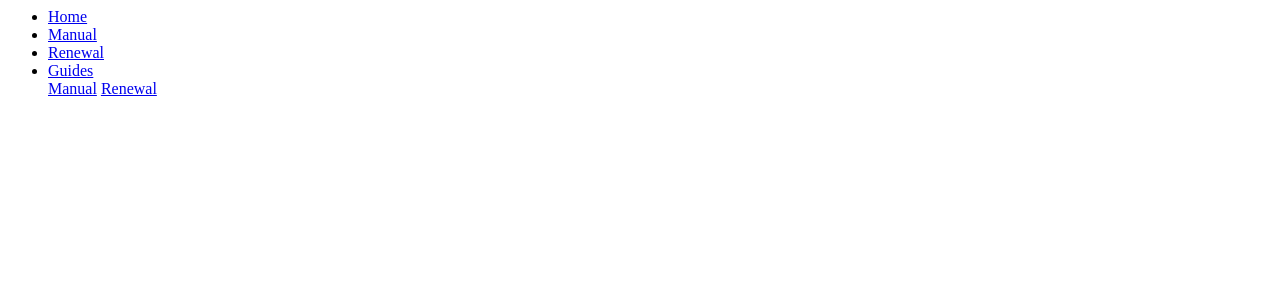
Repository: muesinga/ticketoffice-dot-info
Page: components/nav.html
These files come from the project's save history. The page is drawn as it stood at one moment and after the next save; the edit follows.
The browser window is 1280 px wide. The pictures show the whole page.

Above is the page before, as saved 2022-06-10 10:40:48.

### components/nav.html
<nav>
    <ul id="navlink-container">
        <li><a class="navlink" href="../index.html">Home</a></li>
        <li><a class="navlink" href="../guides/manual.html">Manual</a></li>
        <li><a class="navlink" href="../guides/renewal.html">Renewal</a></li>
        <li class="dropdown">
        <a href="javascript:void(0)" class="dropbtn">Guides</a>
        <div class="dropdown-content">
            <a href="../guides/manual.html">Manual</a>
            <a href="../guides/renewal.html" class="dropbtn">Renewal</a>
                <div class="dropdown-content">

                </div>
        </div>
        </li>
    </ul>
</nav>

After the next save:
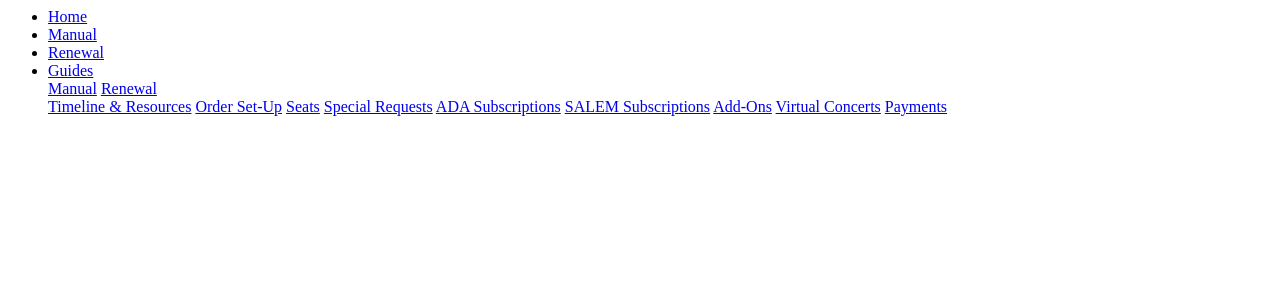
Saved 2 min 44 s later.
--- a/components/nav.html
+++ b/components/nav.html
@@ -9,7 +9,15 @@
             <a href="../guides/manual.html">Manual</a>
             <a href="../guides/renewal.html" class="dropbtn">Renewal</a>
                 <div class="dropdown-content">
-
+                    <a href="#timeline" class="w3-bar-item w3-button">Timeline & Resources</a>
+  <a href="#set-up" class="w3-bar-item w3-button">Order Set-Up</a>
+  <a href="#seats" class="w3-bar-item w3-button">Seats</a>
+  <a href="#requests" class="w3-bar-item w3-button">Special Requests</a>
+  <a href="#ada-subs" class="w3-bar-item w3-button">ADA Subscriptions</a>
+  <a href="#salem-subs" class="w3-bar-item w3-button">SALEM Subscriptions</a>
+  <a href="#add-ons" class="w3-bar-item w3-button">Add-Ons</a>
+  <a href="#virtual-concerts" class="w3-bar-item w3-button">Virtual Concerts</a>
+  <a href="#payments" class="w3-bar-item w3-button">Payments</a>
                 </div>
         </div>
         </li>
